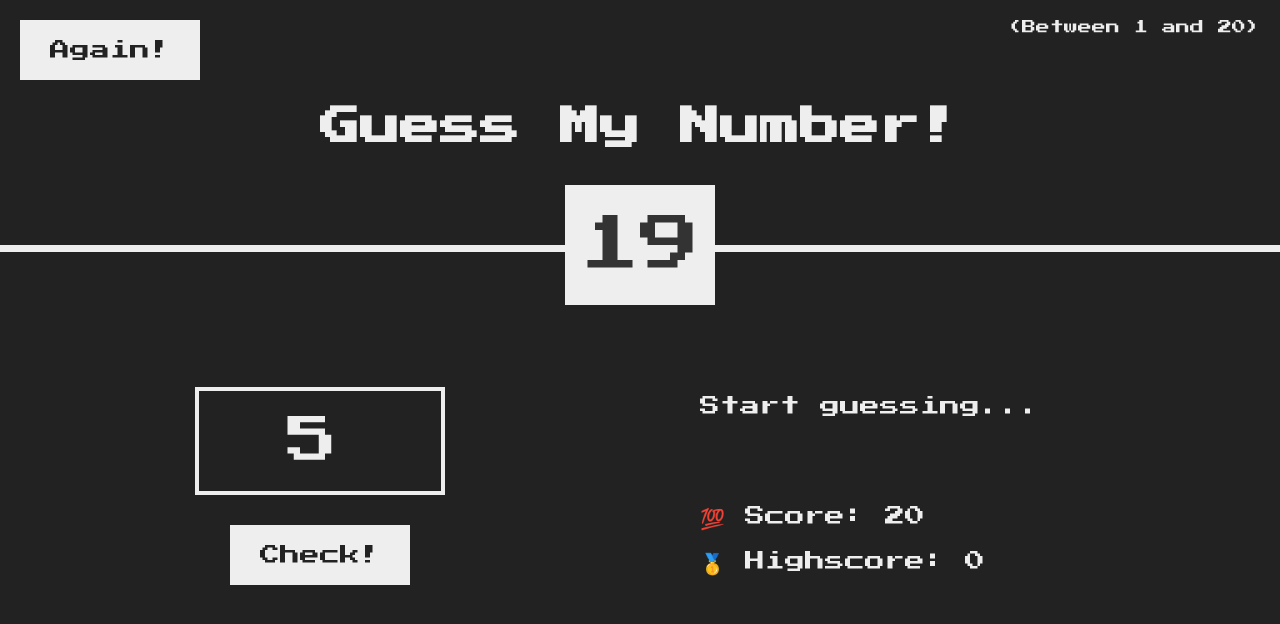
Repository: Samkiroko/guess-my-number
Page: index.html
The author's editor kept a copy of each file at every save. The page is drawn from the files as they stood at one save, then again after the next save.
The browser window is 1280 px wide. The pictures show the whole page.
Empty fields were first filled with sample values (such as "Sample", 5 or name@example.com).
After loading, the first visible `button.check` was clicked once.

Above is the page before, as saved 2021-02-18 16:26:43.

After the next save:
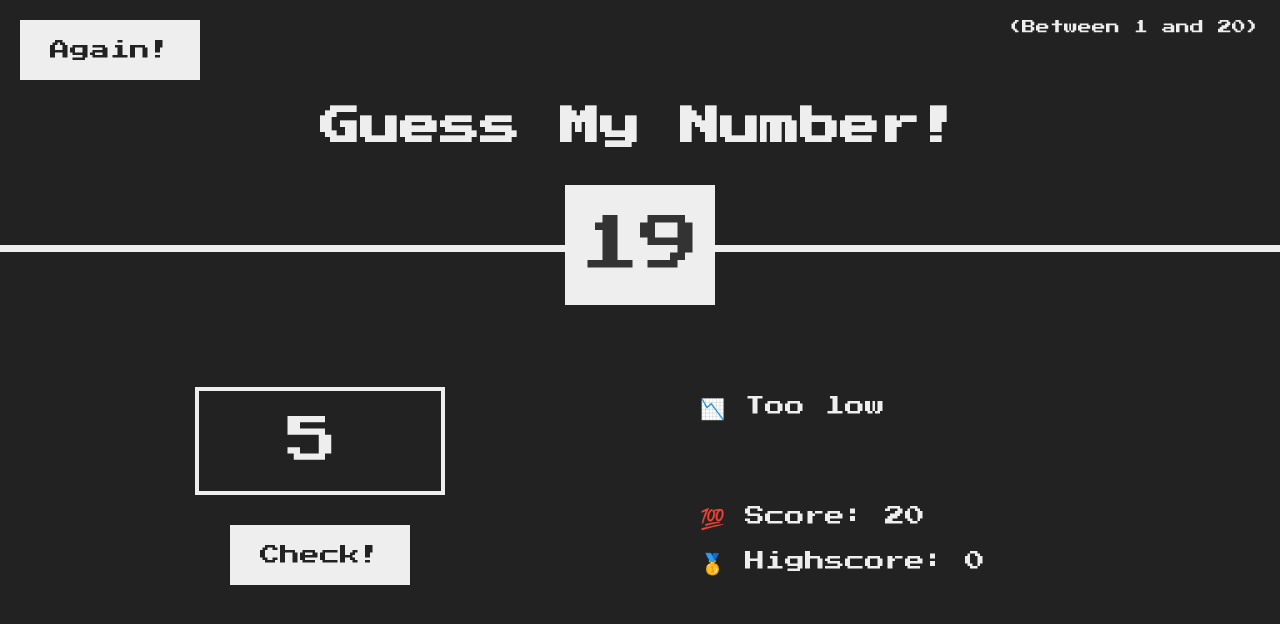
Saved 6 min 58 s later.
--- a/script.js
+++ b/script.js
@@ -21,5 +21,9 @@ document.querySelector('.check').addEventListener('click', () => {
     document.querySelector('.message').textContent = '⛔️ No number';
   } else if (guess === secretNumber) {
     document.querySelector('.message').textContent = '🎉 Correct Number';
+  } else if (guess > secretNumber) {
+    document.querySelector('.message').textContent = '📈 Too high';
+  } else if (guess < secretNumber) {
+    document.querySelector('.message').textContent = '📉 Too low';
   }
 });
